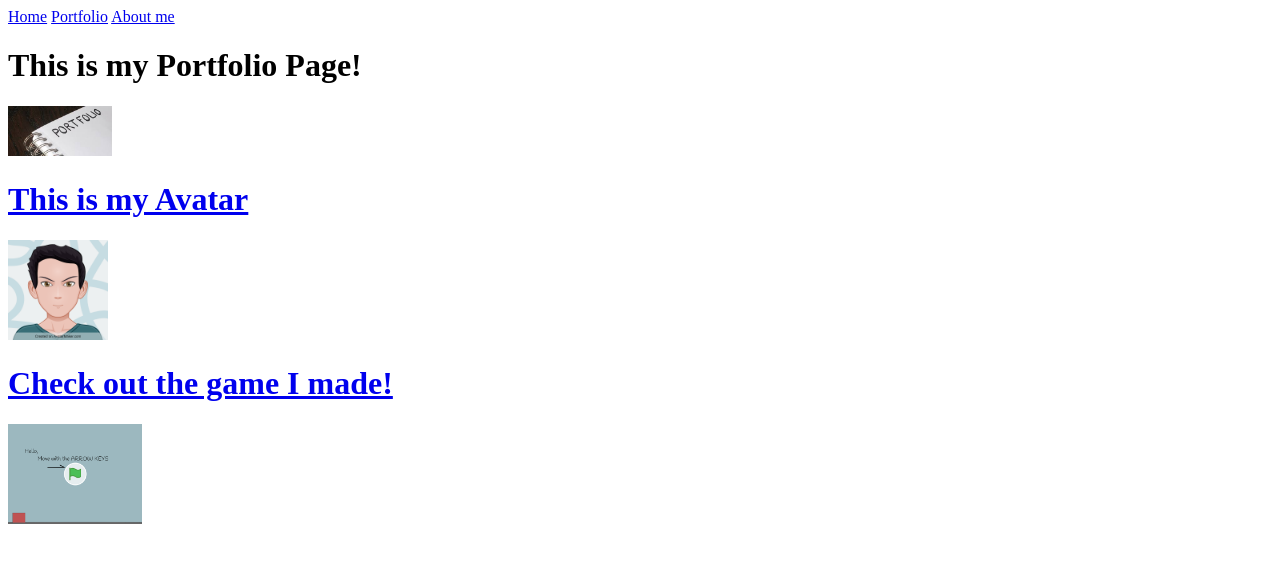
Repository: mdiaz2319/mdiaz2319.github.io
Page: my_website/portfolio.html
The author's editor kept a record of every edit. The page is drawn from the files as they stood at one moment, then again after the next edit.
The browser window is 1280 px wide. The pictures show the whole page.

Above is the page before.

After the next edit:
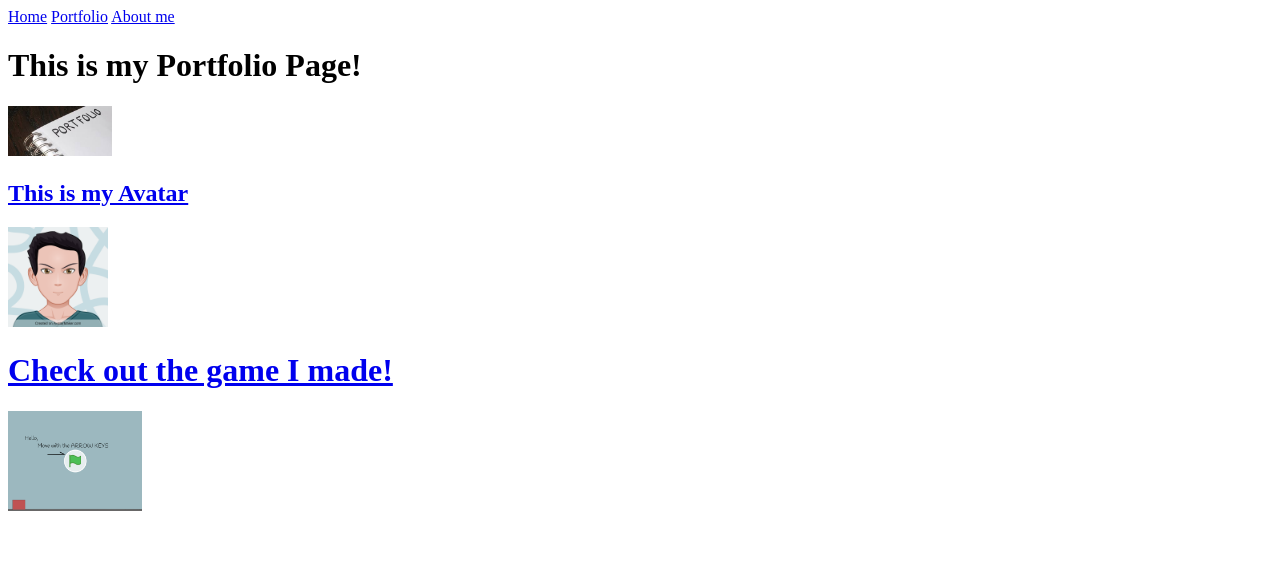
The edit:
--- a/my_website/portfolio.html
+++ b/my_website/portfolio.html
@@ -12,7 +12,7 @@
     <img src="images/portfolio.jpg" height="50">
     <br>
     <a target="_blank" href="https://scratch.mit.edu">
-         <h1>This is my Avatar </h1>
+         <h2>This is my Avatar </h2>
       <img src="images/gravatar.png" height="100">
        <h1>Check out the game I made!</h1>
          <img src="images/Scratch project.PNG" height="100">
